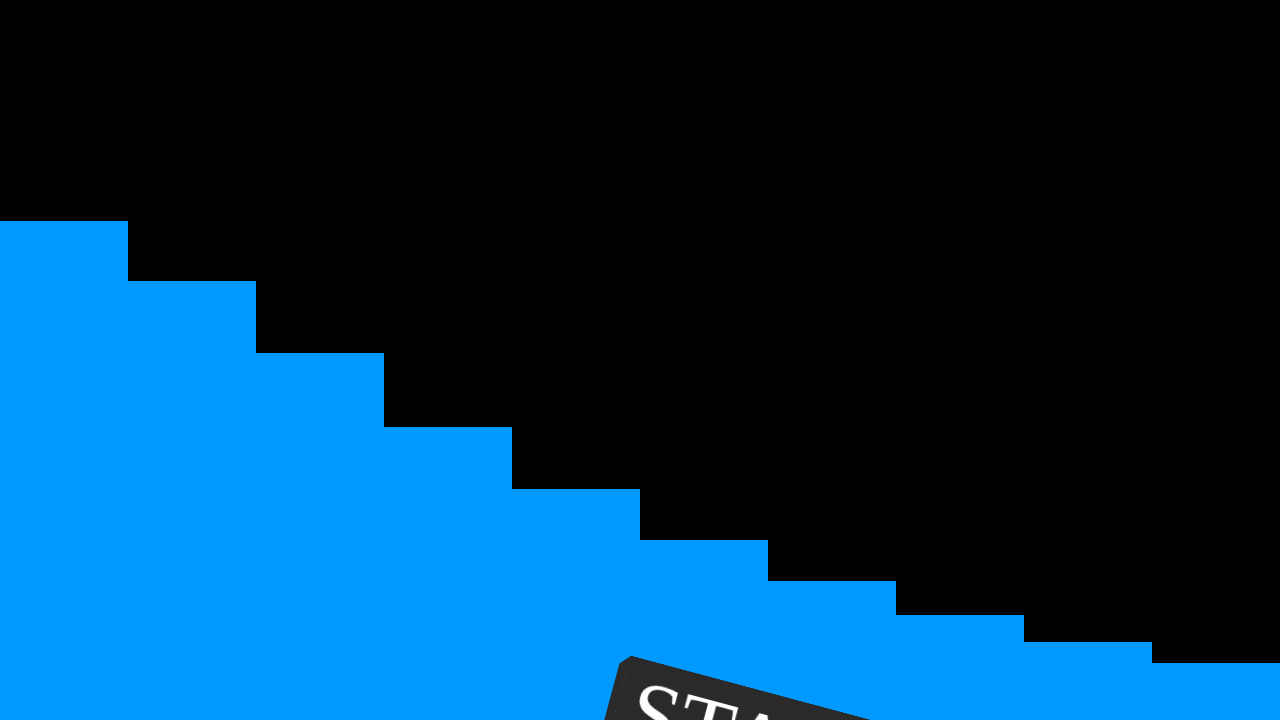
Repository: GG1627/3d-portfolio
Page: /
The author's editor kept a copy of each file at every save. The page is drawn from the files as they stood at one save, then again after the next save.
The browser window is 1280 px wide. The pictures show the whole page.
The project was rebuilt for these pictures with package versions that can differ from the ones it lists, and the page was loaded fresh each time. Also part of the build but not shown: vite.config.ts.

Above is the page before, as saved 2025-01-05 17:11:29.

### src/main.tsx
import { StrictMode } from "react";
import { createRoot } from "react-dom/client";
import "./index.css";
import App from "./App.tsx";
import WelcomeScreen from "./WelcomeScreen.tsx";

createRoot(document.getElementById("root")!).render(
  <StrictMode>
    {/* <App /> */}
    <WelcomeScreen />
  </StrictMode>
);

### src/index.css
html,
body {
  margin: 0;
  padding: 0;
  height: 100vh;
  width: 100vw;
  overflow: hidden; /* Prevent scrollbars */
  background-color: rgb(20, 20, 20);
}

### src/WelcomeScreen.tsx
import React, { useEffect, useState } from "react";
import gsap from "gsap";
import "./WelcomeScreen.css";

function WelcomeScreen() {
  const [counter, setCounter] = useState(0);
  const [isCounterFinished, setIsCounterFinished] = useState(false);

  useEffect(() => {
    // Use setInterval to control the speed of counter updates
    const interval = setInterval(() => {
      if (counter < 100) {
        const increment = Math.floor(Math.random() * 20) + 1; // 7
        setCounter((prevCounter) => {
          const newValue = prevCounter + increment;
          if (newValue >= 100) {
            setIsCounterFinished(true);
            return 100;
          }
          return newValue;
        });
      } else {
        clearInterval(interval); // Clear interval when counter reaches 100
      }
    }, Math.floor(Math.random() * 400) + 300); // Random interval between 300ms and 800ms

    return () => clearInterval(interval); // Clean up the interval when the component unmounts
  }, [counter]);

  useEffect(() => {
    if (isCounterFinished) {
      setTimeout(() => {
        startAnimations();
      }, 700);
    }
  }, [isCounterFinished]);

  // Animation function triggered after counter reaches 100
  function startAnimations() {
    gsap.to(".counter", {
      duration: 0.3,
      opacity: 0,
    });

    gsap.to(".bar", {
      duration: 2.5,
      height: 0,
      stagger: { amount: 0.5 },
      ease: "power4.inOut",
    });

    gsap.to(".button", {
      duration: 4,
      y: "-50vh",
      stagger: { amount: 0.5 },
      ease: "power4.inOut",
    });
  }

  return (
    <div className="screen">
      <h1 className="counter">{counter}</h1>

      <div className="overlay">
        {[...Array(10)].map((_, i) => (
          <div className="bar" key={i}></div>
        ))}
      </div>
      <button className="button">
        <span></span>
        <span></span>
        <span></span>
        <span></span>
        <span>START</span>
      </button>
    </div>
  );
}

export default WelcomeScreen;

### src/WelcomeScreen.css
* {
  margin: 0;
  padding: 0;
  box-sizing: border-box;
}

.screen {
  width: 100vw;
  height: 100vh;
  overflow: hidden;
  background-color: rgb(0, 153, 255);
}

.overlay {
  position: fixed;
  width: 100vw;
  height: 100vh;
  z-index: 2;
  display: flex;
  pointer-events: none;
}

.bar {
  width: 10vw;
  height: 100vh;
  background-color: black;
  pointer-events: none;
}

.counter {
  position: fixed;
  width: 100%;
  height: 100%;
  display: flex;
  justify-content: flex-end;
  align-items: flex-end;
  z-index: 1000;
  color: rgb(0, 153, 255);
  padding: 0.2em 0.4em;
  font-size: 20vw;
  pointer-events: none;
}

/* From Uiverse.io by adamgiebl */
button {
  left: 48%;
  top: 100%;
  transform: rotate(15deg);
  /* transform: skew(25deg); */
  transform-style: preserve-3d;
  position: relative;
  list-style: none;
  width: 300px;
  height: 90px;
  border: none;
  background: transparent;
  font-family: inherit;
  cursor: pointer;
}

button:before {
  content: "";
  position: absolute;
  bottom: -10px;
  left: -5px;
  width: 100%;
  height: 10px;
  background: #2a2a2a;
  transform: skewX(-41deg);
}

button:after {
  content: "";
  position: absolute;
  top: 5px;
  left: -9px;
  width: 9px;
  height: 100%;
  background: #2a2a2a;
  transform: skewY(-49deg);
}

button span {
  position: absolute;
  top: 0;
  left: 0;
  width: 100%;
  height: 100%;
  background: #2a2a2a;
  color: #fff;
  font-size: 90px;
  transition: 1.1s ease-out;
}

button:hover span {
  z-index: 1000;
  transition: 0.3s;
  color: #fff;
}

button:hover span:nth-child(5) {
  transform: translate(40px, -40px);
  opacity: 1;
}

button:hover span:nth-child(4) {
  transform: translate(30px, -30px);
  opacity: 0.8;
}

button:hover span:nth-child(3) {
  transform: translate(20px, -20px);
  opacity: 0.6;
}

button:hover span:nth-child(2) {
  transform: translate(10px, -10px);
  opacity: 0.4;
}

button:hover span:nth-child(1) {
  transform: translate(0px, 0px);
  opacity: 0.2;
}

button:active span:nth-child(5) {
  transform: translate(20px, -20px);
  opacity: 1;
}

button:active span:nth-child(4) {
  transform: translate(15px, -15px);
}

button:active span:nth-child(3) {
  transform: translate(10px, -10px);
}

button:active span:nth-child(2) {
  transform: translate(5px, -5px);
}

button:active span:nth-child(1) {
  transform: translate(0px, 0px);
}

button:nth-child(1):hover span {
  background: #52e19f;
}

Loaded but not shown: index.html (common file)

After the next save:
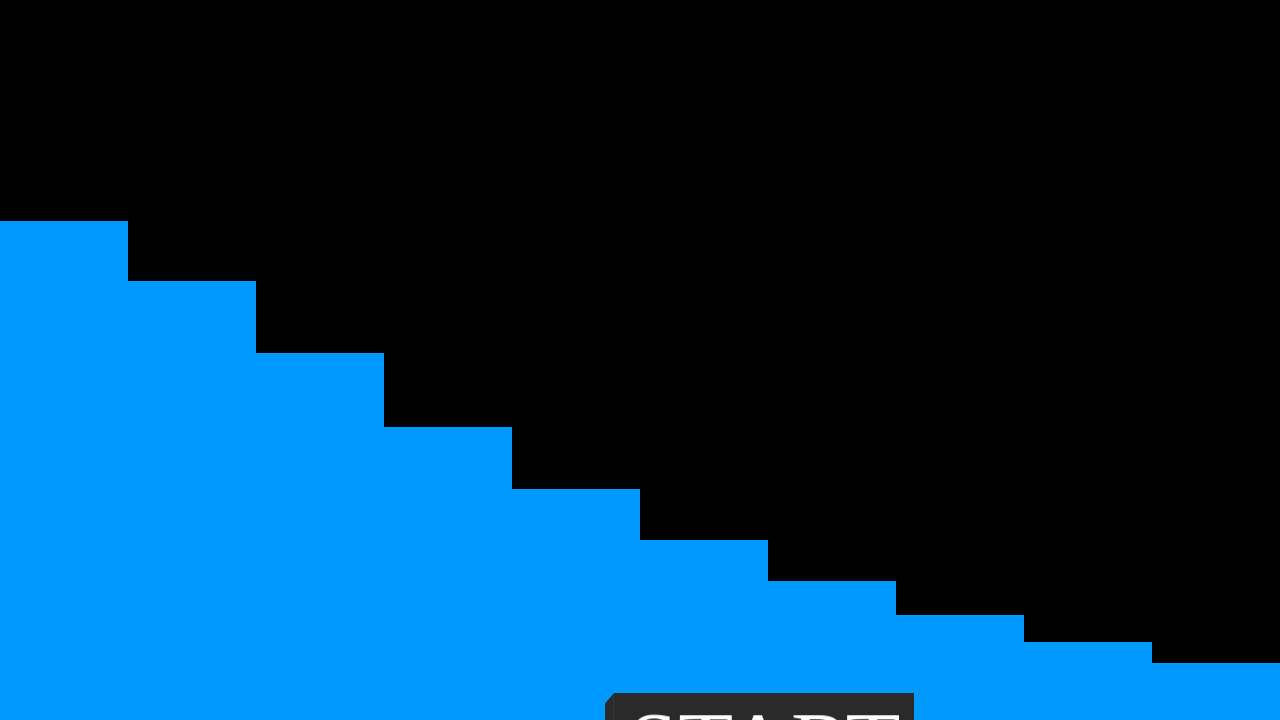
Saved 12 s later.
--- a/src/WelcomeScreen.css
+++ b/src/WelcomeScreen.css
@@ -45,7 +45,7 @@
 button {
   left: 48%;
   top: 100%;
-  transform: rotate(15deg);
+  /* transform: rotate(15deg); */
   /* transform: skew(25deg); */
   transform-style: preserve-3d;
   position: relative;
